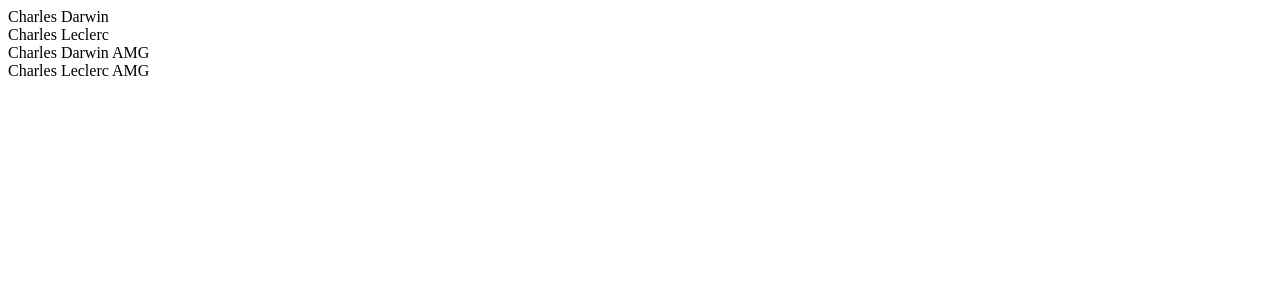
Repository: raghav3003/Simplilearn_phase4
Page: Javascript_phase_4_programs/public/prototype.html
The author's editor kept a copy of each file at every save. The page is drawn from the files as they stood at one save, then again after the next save.
The browser window is 1280 px wide. The pictures show the whole page.

Above is the page before, as saved 2021-06-29 09:44:10.

### Javascript_phase_4_programs/public/prototype.html
<!DOCTYPE html>
<html>
<head>
<meta charset="UTF-8">
<title>Insert title here</title>
</head>
<body>
<script>

	function Employee (firstName, lastName) {
		this.firstName = firstName;
		this.lastName = lastName;
	}

	Employee.prototype.fullName = function () {
		return this.firstName + ' ' + this.lastName;
	}

	var emp1 = new Employee('Charles', 'Darwin');
	var emp2 = new Employee('Charles', 'Leclerc');

	document.write(emp1.fullName() + '<br>');
	document.write(emp2.fullName() + '<br>');

	Employee.prototype.company = 'AMG';

	var emp1 = new Employee('Charles', 'Darwin');
	var emp2 = new Employee('Charles', 'Leclerc');

	document.write(emp1.firstName + ' ' + emp1.lastName + ' ' + emp1.company + '<br>');
	document.write(emp2.firstName + ' ' + emp2.lastName + ' ' + emp2.company + '<br>');

</script>
</body>
</html>

After the next save:
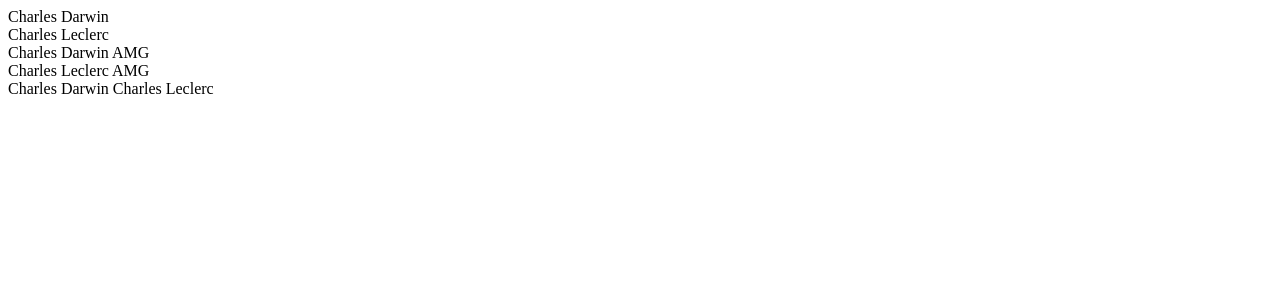
Saved 35 s later.
--- a/Javascript_phase_4_programs/public/prototype.html
+++ b/Javascript_phase_4_programs/public/prototype.html
@@ -29,6 +29,7 @@
 
 	document.write(emp1.firstName + ' ' + emp1.lastName + ' ' + emp1.company + '<br>');
 	document.write(emp2.firstName + ' ' + emp2.lastName + ' ' + emp2.company + '<br>');
+	document.write(emp1.fullName() + ' ' + emp2.fullName());
 
 </script>
 </body>
